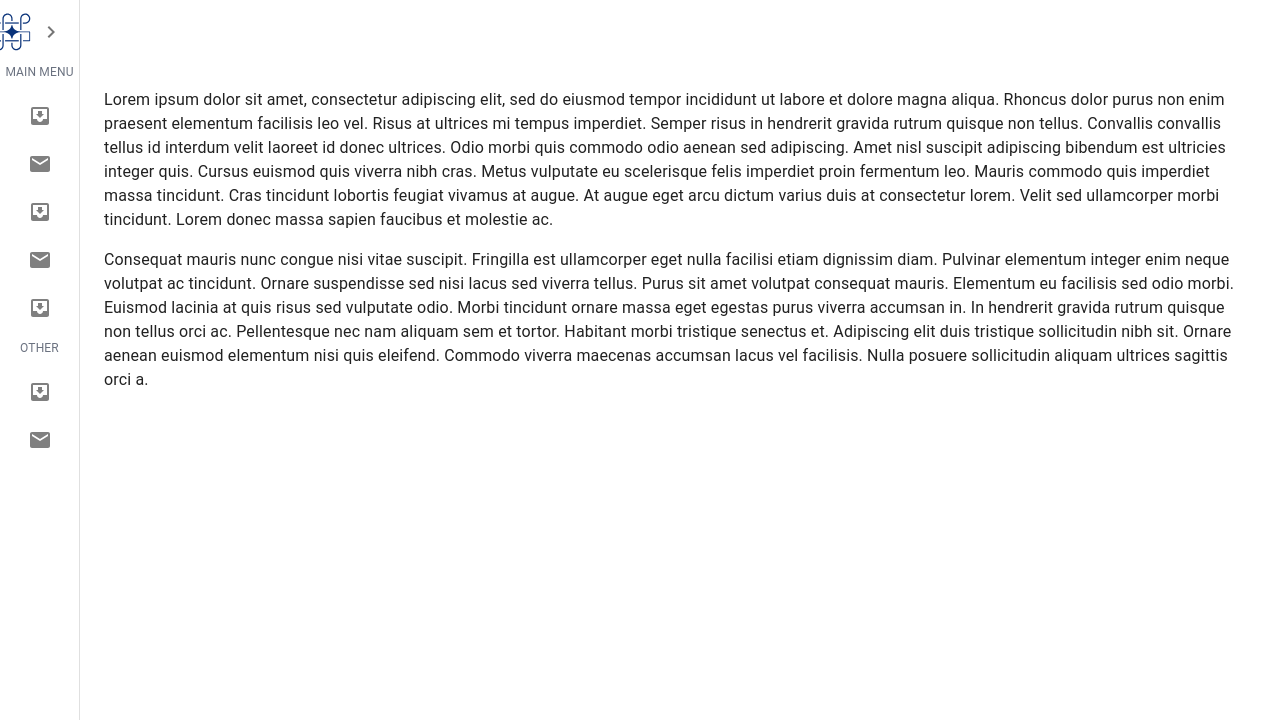
Repository: SatyaDewangan05/sample-dashboard
Page: /
An editor plug-in stored every save of this project. The page is shown before and after the next save, followed by the edit.
The browser window is 1280 px wide. The pictures show the whole page.
The project was rebuilt for these pictures with package versions that can differ from the ones it lists, and the page was loaded fresh each time. The framework's server and built-in components were replaced by stand-ins that run in the browser. Also part of the build but not shown: next.config.mjs.

Above is the page before, as saved 2024-09-20 22:09:57.

### src/app/page.jsx
import Image from "next/image";
import MiniDrawer from "./components/Drawer";

export default function Home() {
  return (
    <div className="">
      <MiniDrawer />
    </div>
  );
}

### src/app/components/Drawer.jsx
"use client";

import { styled, useTheme } from "@mui/material/styles";
import Box from "@mui/material/Box";
import MuiDrawer from "@mui/material/Drawer";
import MuiAppBar from "@mui/material/AppBar";
import Toolbar from "@mui/material/Toolbar";
import List from "@mui/material/List";
import CssBaseline from "@mui/material/CssBaseline";
import Typography from "@mui/material/Typography";
import Divider from "@mui/material/Divider";
import IconButton from "@mui/material/IconButton";
import MenuIcon from "@mui/icons-material/Menu";
import ChevronLeftIcon from "@mui/icons-material/ChevronLeft";
import ChevronRightIcon from "@mui/icons-material/ChevronRight";
import ListItem from "@mui/material/ListItem";
import ListItemButton from "@mui/material/ListItemButton";
import ListItemIcon from "@mui/material/ListItemIcon";
import ListItemText from "@mui/material/ListItemText";
import InboxIcon from "@mui/icons-material/MoveToInbox";
import MailIcon from "@mui/icons-material/Mail";
import { useState } from "react";
import Image from "next/image";

import Logo from "@/images/logo.svg";

const drawerWidth = 220;

const openedMixin = (theme) => ({
  width: drawerWidth,
  transition: theme.transitions.create("width", {
    easing: theme.transitions.easing.sharp,
    duration: theme.transitions.duration.enteringScreen,
  }),
  overflowX: "hidden",
});

const closedMixin = (theme) => ({
  transition: theme.transitions.create("width", {
    easing: theme.transitions.easing.sharp,
    duration: theme.transitions.duration.leavingScreen,
  }),
  overflowX: "hidden",
  width: "80px",
  [theme.breakpoints.up("sm")]: {
    width: "80px",
  },
});

const DrawerHeader = styled("div")(({ theme }) => ({
  display: "flex",
  alignItems: "center",
  justifyContent: "flex-end",
  padding: theme.spacing(0, 1),
  // necessary for content to be below app bar
  ...theme.mixins.toolbar,
}));

const AppBar = styled(MuiAppBar, {
  shouldForwardProp: (prop) => prop !== "open",
})(({ theme }) => ({
  zIndex: theme.zIndex.drawer + 1,
  transition: theme.transitions.create(["width", "margin"], {
    easing: theme.transitions.easing.sharp,
    duration: theme.transitions.duration.leavingScreen,
  }),
  variants: [
    {
      props: ({ open }) => open,
      style: {
        marginLeft: drawerWidth,
        width: `calc(100% - ${drawerWidth}px)`,
        transition: theme.transitions.create(["width", "margin"], {
          easing: theme.transitions.easing.sharp,
          duration: theme.transitions.duration.enteringScreen,
        }),
      },
    },
  ],
}));

const Drawer = styled(MuiDrawer, {
  shouldForwardProp: (prop) => prop !== "open",
})(({ theme }) => ({
  width: drawerWidth,
  flexShrink: 0,
  whiteSpace: "nowrap",
  boxSizing: "border-box",
  variants: [
    {
      props: ({ open }) => open,
      style: {
        ...openedMixin(theme),
        "& .MuiDrawer-paper": openedMixin(theme),
      },
    },
    {
      props: ({ open }) => !open,
      style: {
        ...closedMixin(theme),
        "& .MuiDrawer-paper": closedMixin(theme),
      },
    },
  ],
}));

export default function MiniDrawer() {
  const theme = useTheme();
  const [open, setOpen] = useState(false);

  const handleDrawerOpen = () => {
    setOpen(true);
  };

  const handleDrawerClose = () => {
    setOpen(false);
  };

  const [active, setActive] = useState("Inbox");

  return (
    <Box sx={{ display: "flex" }}>
      <CssBaseline />
      {/* <AppBar position="fixed" open={open}>
        <Toolbar>
          <IconButton
            color="inherit"
            aria-label="open drawer"
            onClick={handleDrawerOpen}
            edge="start"
            sx={[
              {
                marginRight: 5,
              },
              open && { display: "none" },
            ]}
          >
            <MenuIcon />
          </IconButton>
          <Typography variant="h6" noWrap component="div">
            Mini variant drawer
          </Typography>
        </Toolbar>
      </AppBar> */}
      <Drawer variant="permanent" open={open}>
        <DrawerHeader>
          <Image src={Logo} alt="Images" />
          <IconButton onClick={() => setOpen((prevState) => !prevState)}>
            {!open ? <ChevronRightIcon /> : <ChevronLeftIcon />}
          </IconButton>
        </DrawerHeader>
        <p
          className={`h-5 uppercase text-xs  text-gray-500 ${
            open ? "pl-5" : "text-center"
          }`}
        >
          Main Menu
        </p>
        <List>
          {[
            "Dashboard",
            "Recruitment",
            "Schedule",
            "Employee",
            "Department",
          ].map((text, index) => (
            <ListItem key={text} disablePadding sx={{ display: "block" }}>
              <ListItemButton
                sx={[
                  {
                    minHeight: 48,
                    px: 2,
                    color: active === text ? "#FF5151" : "unset",
                  },
                  open
                    ? {
                        justifyContent: "initial",
                      }
                    : {
                        justifyContent: "center",
                      },
                ]}
                onClick={() => setActive(text)}
              >
                <ListItemIcon
                  sx={[
                    {
                      //   minWidth: 0,
                      justifyContent: "center",
                      color: active === text ? "#FF5151" : "gray",
                    },
                    open
                      ? {
                          mr: 2,
                        }
                      : {
                          mx: "auto",
                        },
                  ]}
                >
                  {index % 2 === 0 ? <InboxIcon /> : <MailIcon />}
                </ListItemIcon>
                <ListItemText
                  primary={text}
                  sx={[
                    open
                      ? {
                          opacity: 1,
                        }
                      : {
                          opacity: 0,
                        },
                  ]}
                />
              </ListItemButton>
            </ListItem>
          ))}
        </List>
        <p
          className={`h-5 uppercase text-xs text-gray-500 ${
            open ? " pl-5" : "text-center"
          }`}
        >
          Other
        </p>
        <List>
          {["Support", "Settings"].map((text, index) => (
            <ListItem key={text} disablePadding sx={{ display: "block" }}>
              <ListItemButton
                sx={[
                  {
                    minHeight: 48,
                    px: 2,
                  },
                  open
                    ? {
                        justifyContent: "initial",
                      }
                    : {
                        justifyContent: "center",
                      },
                ]}
                onClick={() => setActive(text)}
              >
                <ListItemIcon
                  sx={[
                    {
                      justifyContent: "center",
                      color: active === text ? "#FF5151" : "gray",
                    },
                    open
                      ? {
                          mr: 2,
                        }
                      : {
                          mx: "auto",
                        },
                  ]}
                >
                  {index % 2 === 0 ? <InboxIcon /> : <MailIcon />}
                </ListItemIcon>
                <ListItemText
                  primary={text}
                  sx={[
                    open
                      ? {
                          opacity: 1,
                        }
                      : {
                          opacity: 0,
                        },
                  ]}
                />
              </ListItemButton>
            </ListItem>
          ))}
        </List>
      </Drawer>
      <Box component="main" sx={{ flexGrow: 1, p: 3 }}>
        <DrawerHeader />
        <Typography sx={{ marginBottom: 2 }}>
          Lorem ipsum dolor sit amet, consectetur adipiscing elit, sed do
          eiusmod tempor incididunt ut labore et dolore magna aliqua. Rhoncus
          dolor purus non enim praesent elementum facilisis leo vel. Risus at
          ultrices mi tempus imperdiet. Semper risus in hendrerit gravida rutrum
          quisque non tellus. Convallis convallis tellus id interdum velit
          laoreet id donec ultrices. Odio morbi quis commodo odio aenean sed
          adipiscing. Amet nisl suscipit adipiscing bibendum est ultricies
          integer quis. Cursus euismod quis viverra nibh cras. Metus vulputate
          eu scelerisque felis imperdiet proin fermentum leo. Mauris commodo
          quis imperdiet massa tincidunt. Cras tincidunt lobortis feugiat
          vivamus at augue. At augue eget arcu dictum varius duis at consectetur
          lorem. Velit sed ullamcorper morbi tincidunt. Lorem donec massa sapien
          faucibus et molestie ac.
        </Typography>
        <Typography sx={{ marginBottom: 2 }}>
          Consequat mauris nunc congue nisi vitae suscipit. Fringilla est
          ullamcorper eget nulla facilisi etiam dignissim diam. Pulvinar
          elementum integer enim neque volutpat ac tincidunt. Ornare suspendisse
          sed nisi lacus sed viverra tellus. Purus sit amet volutpat consequat
          mauris. Elementum eu facilisis sed odio morbi. Euismod lacinia at quis
          risus sed vulputate odio. Morbi tincidunt ornare massa eget egestas
          purus viverra accumsan in. In hendrerit gravida rutrum quisque non
          tellus orci ac. Pellentesque nec nam aliquam sem et tortor. Habitant
          morbi tristique senectus et. Adipiscing elit duis tristique
          sollicitudin nibh sit. Ornare aenean euismod elementum nisi quis
          eleifend. Commodo viverra maecenas accumsan lacus vel facilisis. Nulla
          posuere sollicitudin aliquam ultrices sagittis orci a.
        </Typography>
      </Box>
    </Box>
  );
}

Loaded but not shown: src/app/layout.js (common file); src/app/globals.css (common file); tailwind.config.js (common file)

After the next save:
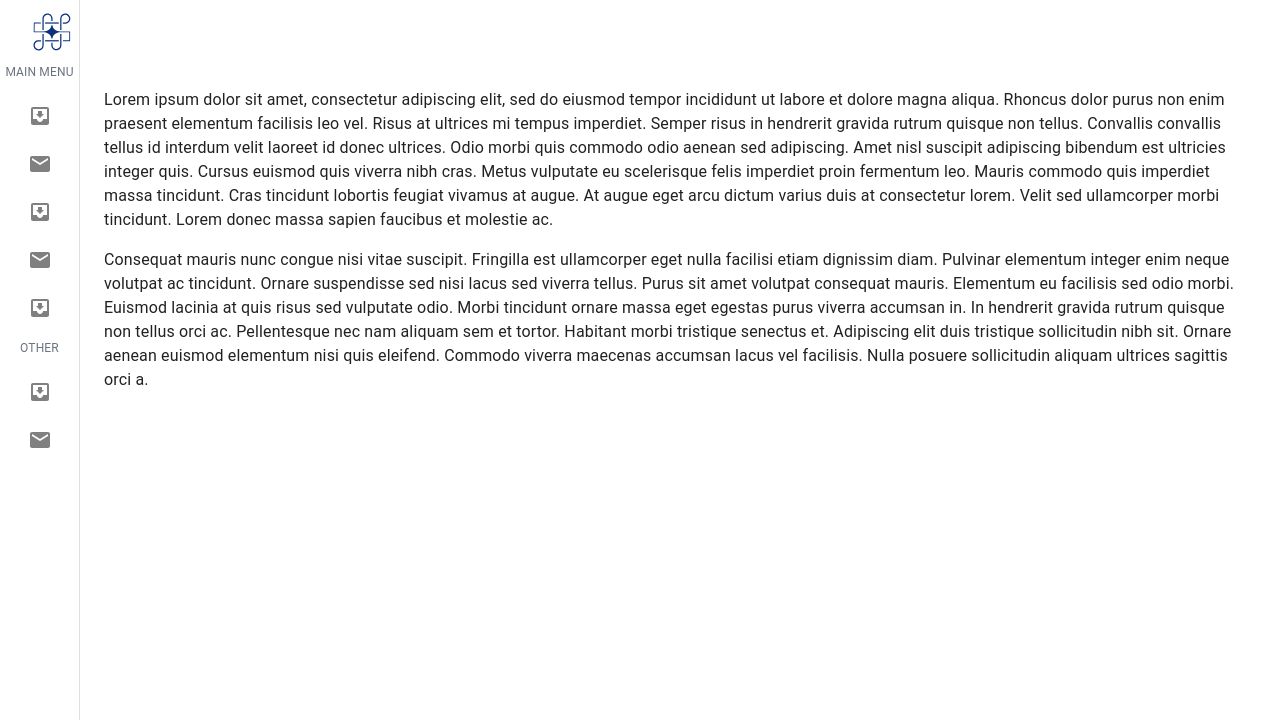
Saved 8 s later.
--- a/src/app/components/Drawer.jsx
+++ b/src/app/components/Drawer.jsx
@@ -145,9 +145,9 @@ export default function MiniDrawer() {
       <Drawer variant="permanent" open={open}>
         <DrawerHeader>
           <Image src={Logo} alt="Images" />
-          <IconButton onClick={() => setOpen((prevState) => !prevState)}>
+          {/* <IconButton onClick={() => setOpen((prevState) => !prevState)}>
             {!open ? <ChevronRightIcon /> : <ChevronLeftIcon />}
-          </IconButton>
+          </IconButton> */}
         </DrawerHeader>
         <p
           className={`h-5 uppercase text-xs  text-gray-500 ${
